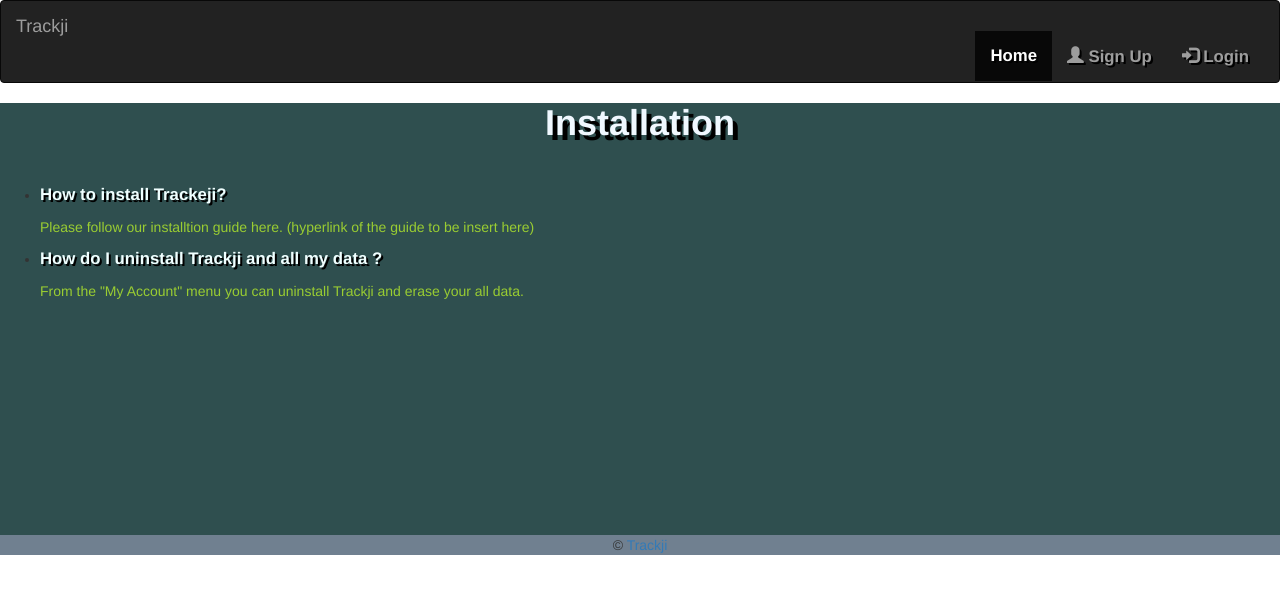
Repository: prathmeshgodbole/Web_Development
Page: Mobile_tracker/Installation.html
The author's editor kept a copy of each file at every save. The page is drawn from the files as they stood at one save, then again after the next save.
The browser window is 1280 px wide. The pictures show the whole page.

Above is the page before, as saved 2020-03-08 18:29:13.

### Mobile_tracker/Installation.html
<!DOCTYPE html>
<html lang="en">



<head>
    <title>Bootstrap Example</title>
    <meta charset="utf-8">
    <meta name="viewport" content="width=device-width, initial-scale=1">
    <link rel="stylesheet" href="https://maxcdn.bootstrapcdn.com/bootstrap/3.4.1/css/bootstrap.min.css">
    <link rel="stylesheet" href="./css/installation.css">
    <script src="https://ajax.googleapis.com/ajax/libs/jquery/3.4.1/jquery.min.js"></script>
    <script src="https://maxcdn.bootstrapcdn.com/bootstrap/3.4.1/js/bootstrap.min.js"></script>
</head>

<body>

    <nav class="navbar navbar-inverse">
        <div class="container-fluid">
            <div class="navbar-header">
                <button type="button" class="navbar-toggle" data-toggle="collapse" data-target="#myNavbar">
        <span class="icon-bar"></span>
        <span class="icon-bar"></span>
        <span class="icon-bar"></span>
      </button>
                <a class="navbar-brand" href="#">Trackji</a>
            </div>
            <div class="collapse navbar-collapse" id="myNavbar">
                <ul class="nav navbar-nav navbar-right">
                    <li class="active"><a href="#">Home</a></li>
                    <li><a href="#"><span class="glyphicon glyphicon-user"></span> Sign Up</a></li>
                    <li><a href="#"><span class="glyphicon glyphicon-log-in"></span> Login</a></li>
                </ul>
            </div>
        </div>
    </nav>

    <div class="section">
        <h1 class="section-title">Installation</h1>

        <ul class="article-list">

            <li class="article-promoted">
                <a href="">How to install Trackeji?</a>
                <p>Please follow our installtion guide here. (hyperlink of the guide to be insert here)</p>
            </li>

            <li class="article-promoted">
                <a href="">How do I uninstall Trackji and all my data ?</a>
                <p>From the "My Account" menu you can uninstall Trackji and erase your all data.</p>
            </li>

        </ul>
    </div>
    <!--/.container-->
    <footer class="footer container">
        <div class="container-inner">
            <p class="copyright">&copy; <a href=>Trackji</a></p>
        </div>
    </footer>



</body>

</html>

### Mobile_tracker/css/installation.css
*body {
    margin: 0%;
    padding: 0%;
}

.section {
    top: -50px;
    background-color: darkslategray;
    height: 60vh;
}

.section h1 {
    color: aliceblue;
    text-shadow: black 5px 5px;
    font-weight: bold;
    text-align: center;
}

ul {
    margin-top: 40px;
}

ul li a {
    text-shadow: black 2px 2px;
    color: azure;
    font-weight: bold;
    font-size: larger;
    margin-top: 30px;
}

ul li p {
    color: yellowgreen;
    margin-top: 10px;
}

.footer {
    background-color: slategray;
    width: 100%;
    height: 20px;
    text-align: center;
}

After the next save:
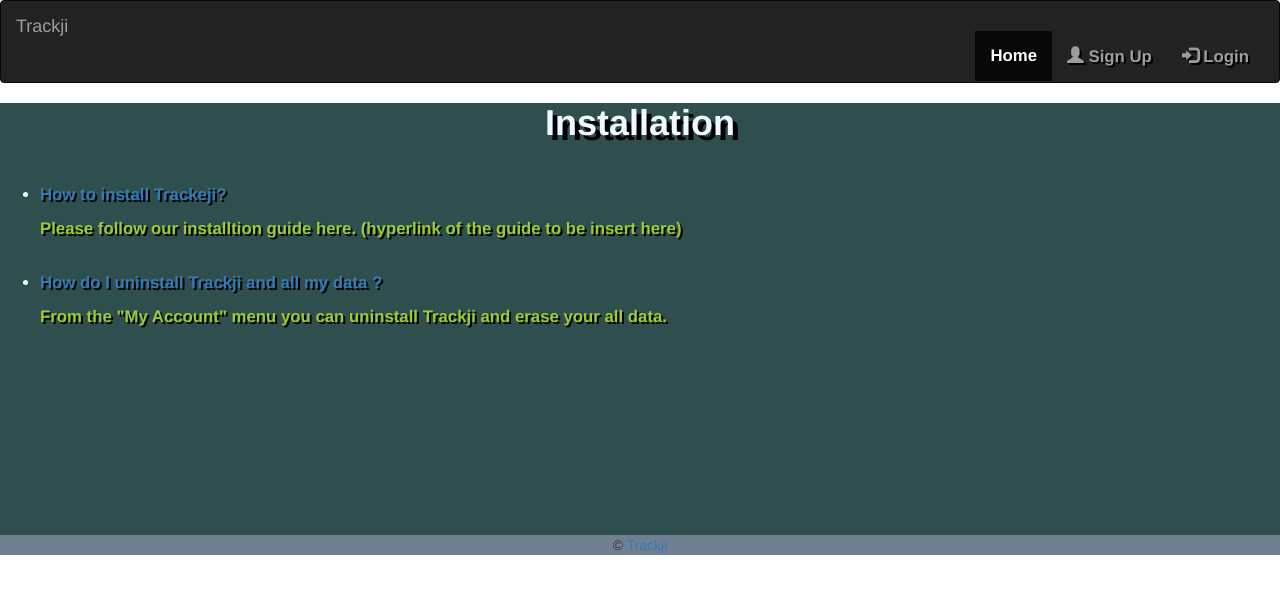
Saved 111 s later.
--- a/Mobile_tracker/css/installation.css
+++ b/Mobile_tracker/css/installation.css
@@ -20,7 +20,7 @@ ul {
     margin-top: 40px;
 }
 
-ul li a {
+ul li {
     text-shadow: black 2px 2px;
     color: azure;
     font-weight: bold;
